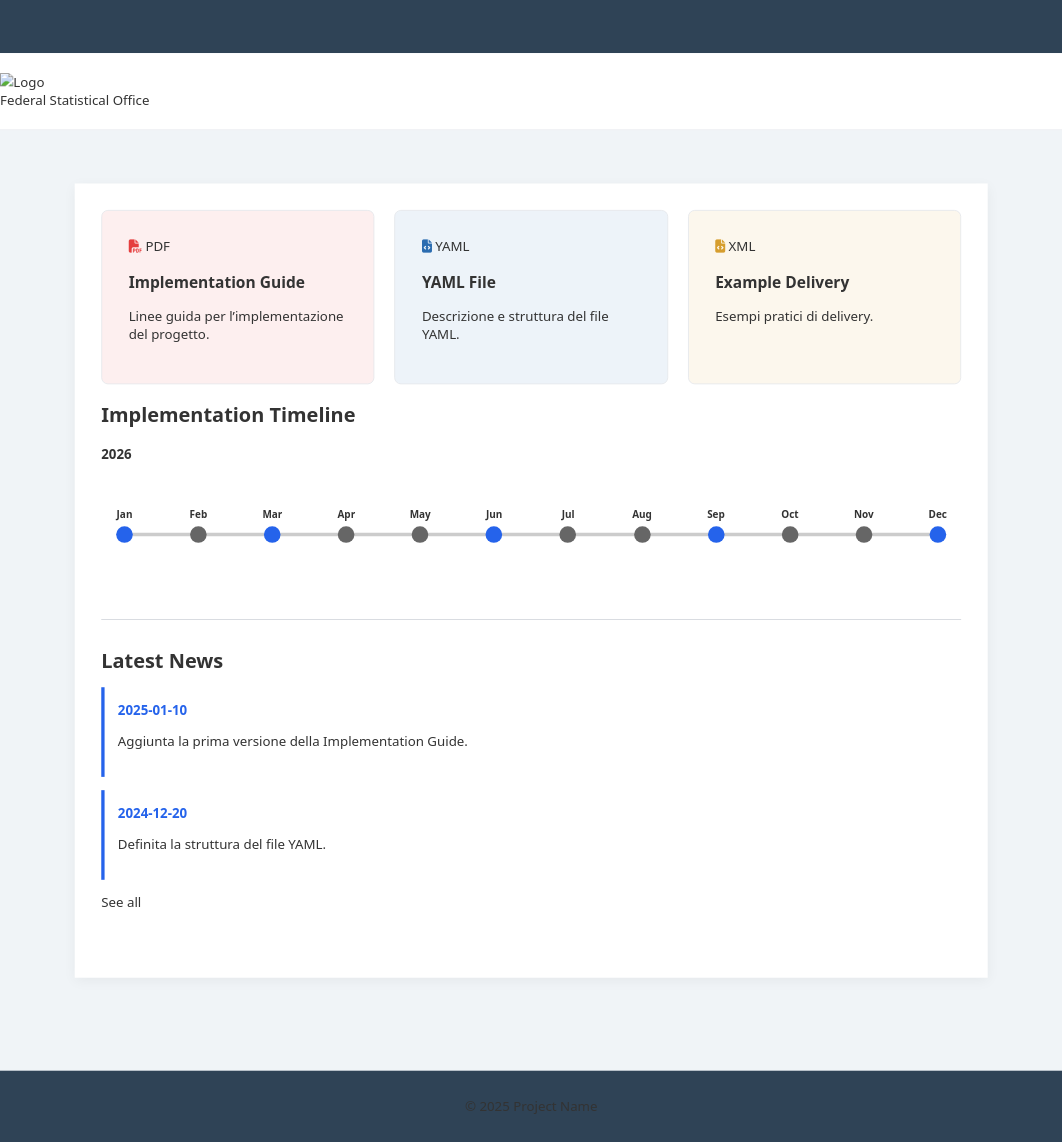
Repository: bfspoku/ech-0252-docs
Page: index.html
An editor plug-in stored every save of this project. The page is shown before and after the next save, followed by the edit.
The browser window is 1280 px wide. The pictures show the whole page, at 83% of full size.

Above is the page before, as saved 2025-12-17 10:00:22.
Not found: logo/logo.svg

After the next save:
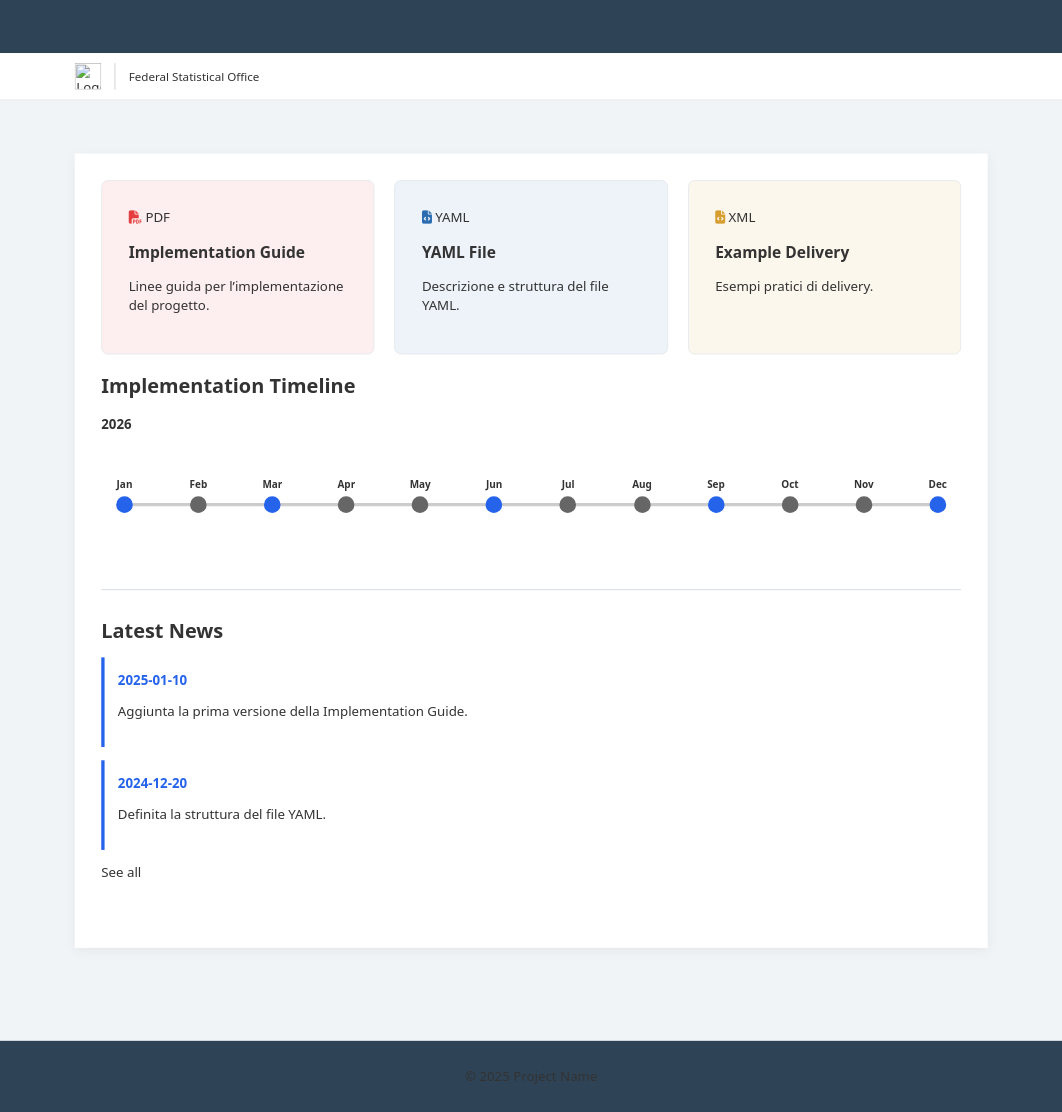
Saved 31 s later.
--- a/css/style.css
+++ b/css/style.css
@@ -13,23 +13,37 @@
     padding: 2rem;
   }
 
-  /* SUB-BANNER */
   .sub-banner {
-    background-color: white;   /* bianco puro */
-    padding: 1.5rem 0;         /* verticale */
-    border-bottom: 1px solid #e5e7eb; /* linea di separazione */
-  }
-
-  .sub-banner h2 {
-    margin: 0 0 0.5rem 0;
-    font-weight: 600;
-    color: #111827;
-  }
-
-  .sub-banner p {
-    margin: 0;
-    color: #4b5563;
-    font-size: 16px;
+    background-color: #ffffff;
+    border-bottom: 1px solid #e0e0e0;
+    padding: 12px 0;
+  }
+
+  .sub-banner-content {
+    max-width: 1100px;
+    margin: 0 auto;
+    display: flex;
+    align-items: center;
+    gap: 16px;
+    padding: 0 20px;
+  }
+
+  .sub-banner-logo {
+    height: 32px;
+    width: auto;
+  }
+
+  .sub-banner-divider {
+    width: 1px;
+    height: 32px;
+    background-color: #ccc;
+  }
+
+  .sub-banner-text {
+    font-family: "Noto Sans", sans-serif;
+    font-size: 14px;
+    color: #333;
+    font-weight: 500;
   }
 
   main {
